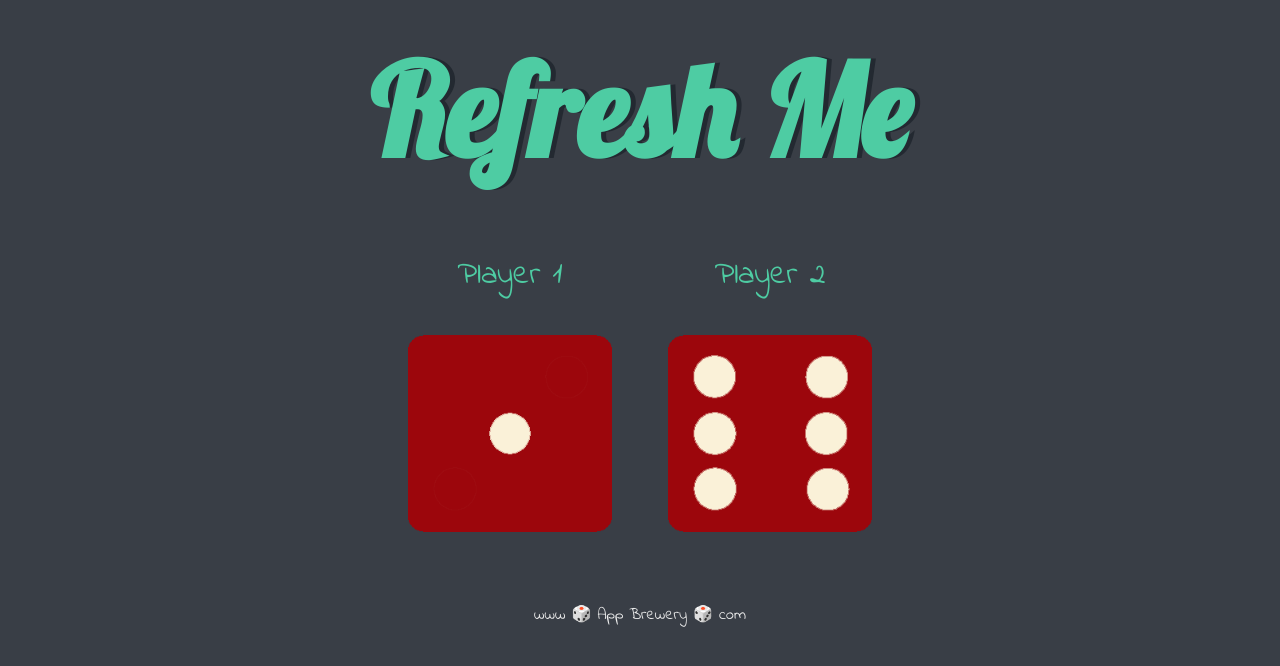
Repository: miaaow42/dice-play
Page: dicee.html
These files come from the project's save history. The page is drawn as it stood at one moment and after the next save; the edit follows.
The browser window is 1280 px wide. The pictures show the whole page.

Above is the page before, as saved 2022-06-29 22:55:55.

After the next save:
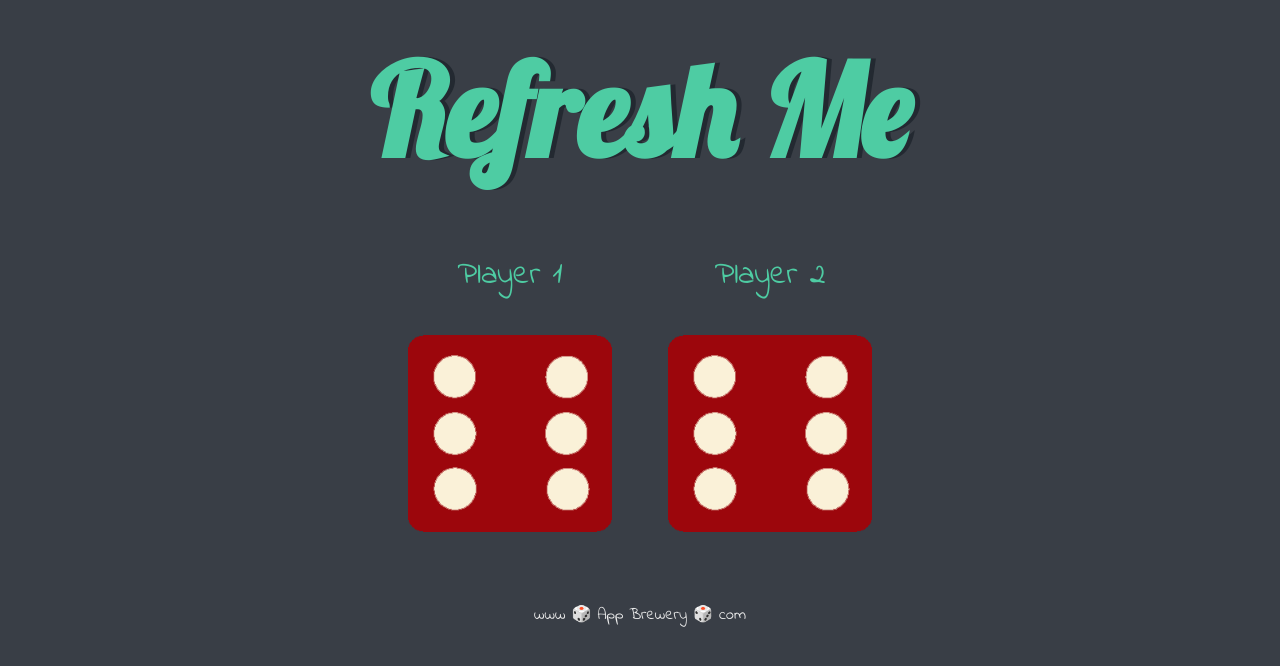
Saved 39 s later.
--- a/index.js
+++ b/index.js
@@ -6,19 +6,19 @@ window.onload = function changeImgs(){
         img.src = 'images/dice1.png';
     }
     else if (randomNumber1 === 2){
-        img.src = "images/dice1.png";
+        img.src = 'images/dice2.png';
     }
     else if (randomNumber1 === 3){
-        img.src = "images/dice1.png";
+        img.src = 'images/dice3.png';
     }
     else if (randomNumber1 === 4){
-        img.src = "images/dice1.png";
+        img.src = 'images/dice4.png';
     }
     else if (randomNumber1 === 5){
-        img.src = "images/dice1.png";
+        img.src = 'images/dice5.png';
     }
     else {
-        img.src = "images/dice1.png";
+        img.src = 'images/dice6.png';
     }
 }
 
